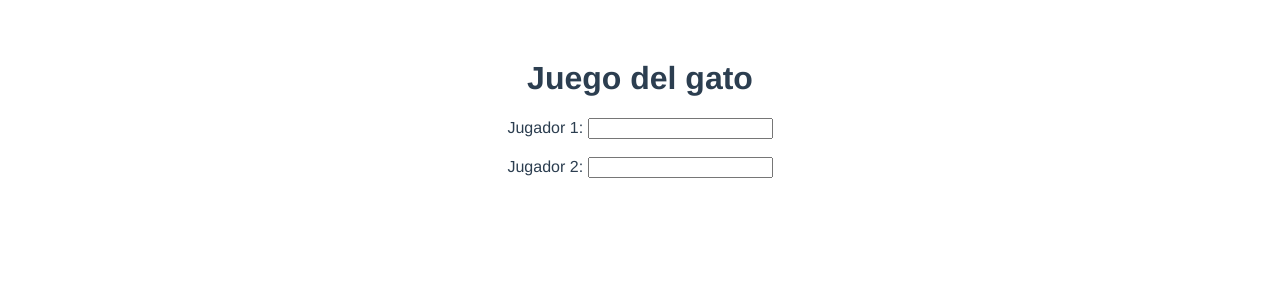
Repository: franciscamanquecheo/Taller-2
Page: / (app in vite-project/)
The author's editor kept a copy of each file at every save. The page is drawn from the files as they stood at one save, then again after the next save.
The browser window is 1280 px wide. The pictures show the whole page.
The project was rebuilt for these pictures with package versions that can differ from the ones it lists, and the page was loaded fresh each time. Also part of the build but not shown: vite-project/vite.config.ts.

Above is the page before, as saved 2022-06-17 16:59:17.

### vite-project/src/App.vue
<script setup lang="ts">
// This starter template is using Vue 3 <script setup> SFCs
// Check out https://vuejs.org/api/sfc-script-setup.html#script-setup
import HelloWorld from './components/HelloWorld.vue'
</script>

<template>
 <h1>Juego del gato</h1>
 <article id="comandos">
  Jugador 1:
  <input type="text" id="jugador1"><br><br>
  Jugador 2:
  <input type="text" id="jugador 2"><br>
  <label id="TurnoJugador"></label>


 </article>
</template>

<style>
#app {
  font-family: Avenir, Helvetica, Arial, sans-serif;
  -webkit-font-smoothing: antialiased;
  -moz-osx-font-smoothing: grayscale;
  text-align: center;
  color: #2c3e50;
  margin-top: 60px;
}
</style>

Loaded but not shown: vite-project/index.html (common file); vite-project/src/main.ts (common file)

After the next save:
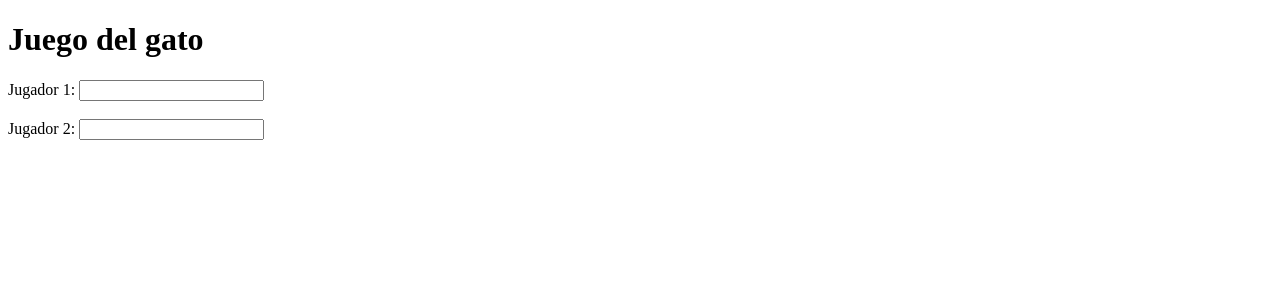
Saved 18 s later.
--- a/vite-project/src/App.vue
+++ b/vite-project/src/App.vue
@@ -18,7 +18,7 @@ import HelloWorld from './components/HelloWorld.vue'
 </template>
 
 <style>
-#app {
+#h1 {
   font-family: Avenir, Helvetica, Arial, sans-serif;
   -webkit-font-smoothing: antialiased;
   -moz-osx-font-smoothing: grayscale;
